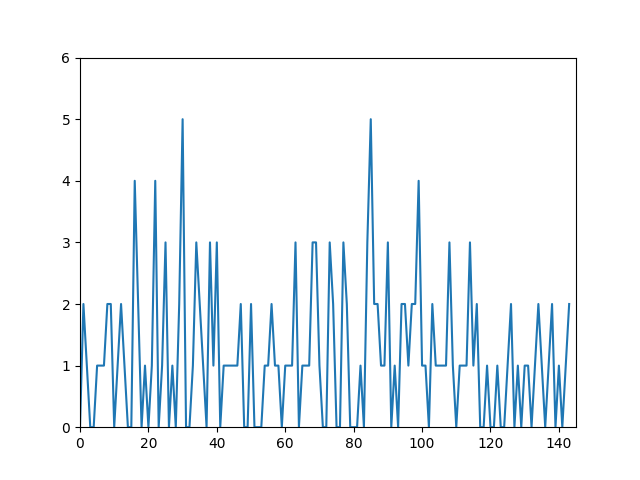
Repository: nelsonalexandrino/python_matplotlib_datavisualization_
Script's output: python LineAndScatterSplots.py
The author's editor kept a copy of each file at every save. The script's output is drawn from the files as they stood at one save, then again after the next save.
Random numbers start from a fixed seed.

Above is the script's output before, as saved 2019-08-25 10:18:42.

After the next save:
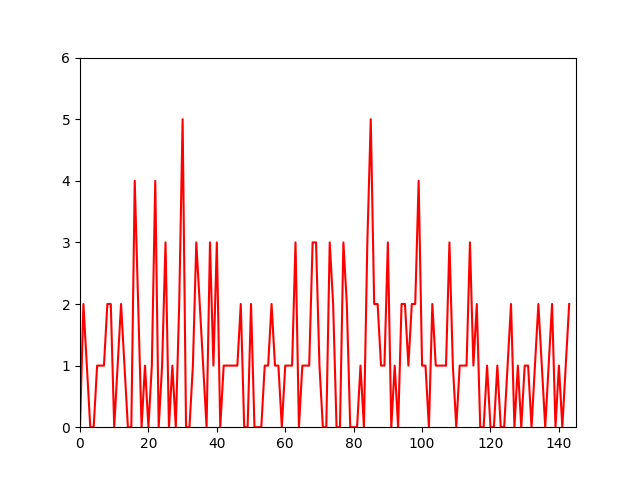
Saved 105 s later.
--- a/LineAndScatterSplots.py
+++ b/LineAndScatterSplots.py
@@ -10,7 +10,7 @@ xAxis = []
 for i in range(len(HomeTeamGoals)):
     xAxis.append(i)
 
-pyplot.plot(xAxis, AwayTeamGoals)
+pyplot.plot(xAxis, AwayTeamGoals, c='red')
 pyplot.xlim(0, 145)
 pyplot.ylim(0, 6)
 pyplot.show()
